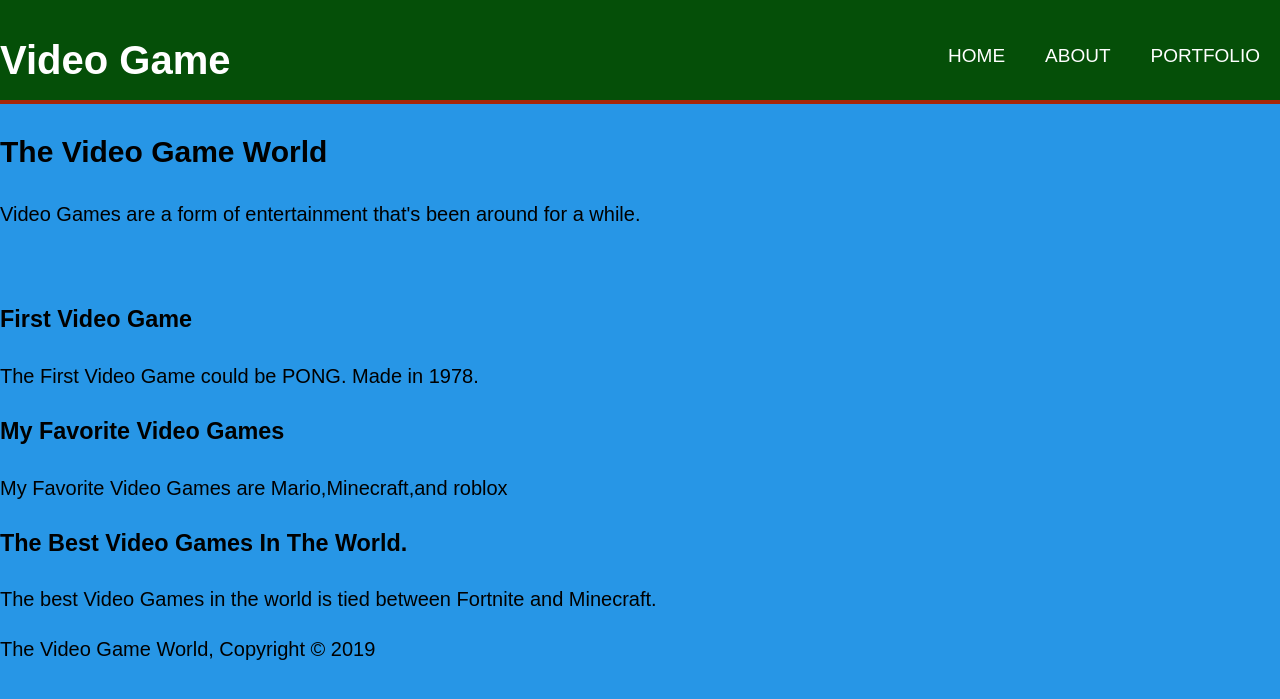
Repository: AndreeBroG/AndreeBroG.github.io
Page: about.html
The author's editor kept a record of every edit. The page is drawn from the files as they stood at one moment, then again after the next edit.
The browser window is 1280 px wide. The pictures show the whole page.

Above is the page before.

After the next edit:
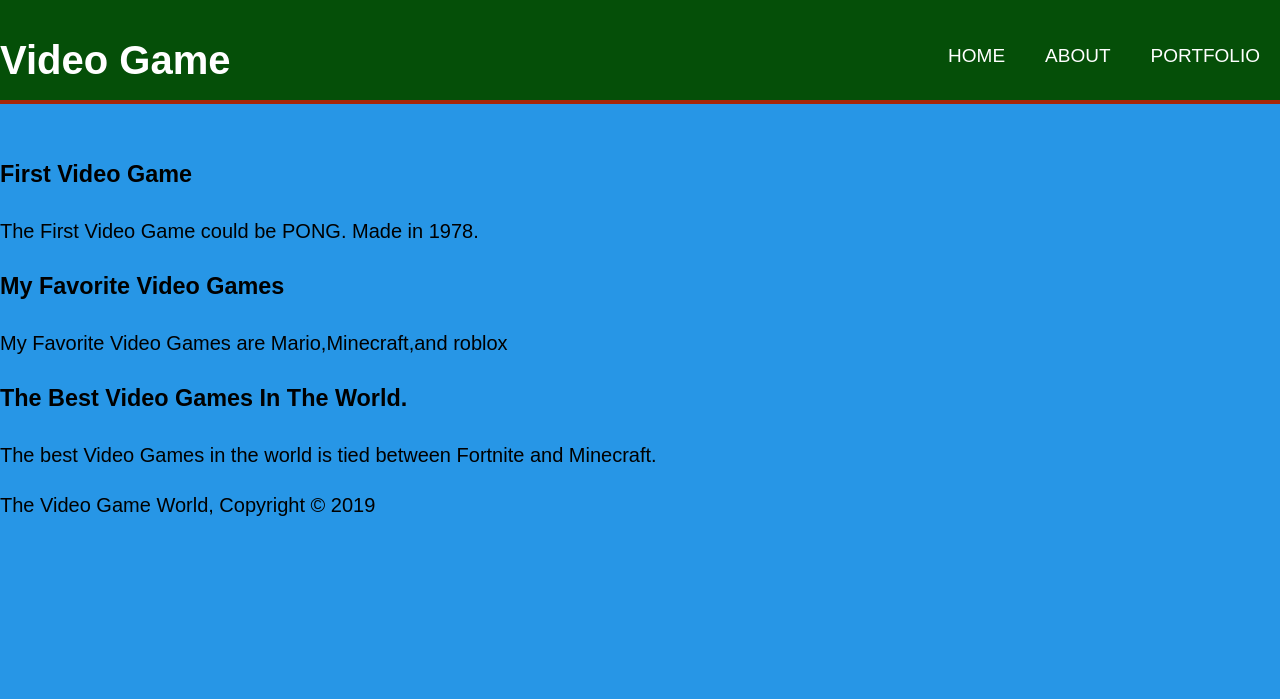
The edit:
--- a/about.html
+++ b/about.html
@@ -23,10 +23,7 @@
           </div>
       </header>
 
-      <section id="Showcase">
-         <div class="container">
-             <h1>The Video Game World</h1>
-             <p>Video Games are a form of entertainment that's been around for a while.</p>
+
              <div class="box">
                  <img src="">
                  <h3>First Video Game</h3>
